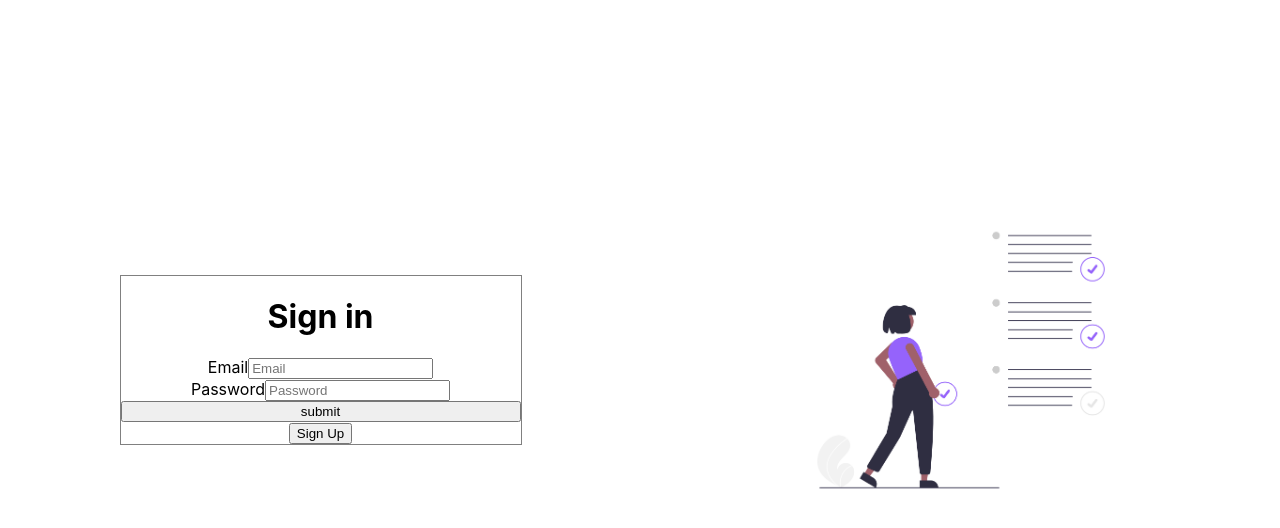
Repository: EEOOOO/wanted-pre-onboarding-fe
Page: / (app in to-do-list-app/)
An editor plug-in stored every save of this project. The page is shown before and after the next save, followed by the edit.
The browser window is 1280 px wide. The pictures show the whole page.
The project was rebuilt for these pictures with package versions that can differ from the ones it lists, and the page was loaded fresh each time. Also part of the build but not shown: to-do-list-app/src/components/sign_in/sign_in.module.css, to-do-list-app/src/components/sign_up/sign_up.module.css, to-do-list-app/src/components/sign_up/sign_up.jsx, to-do-list-app/src/components/todoList/todo_list.jsx.

Above is the page before, as saved 2022-08-22 00:00:44.

### to-do-list-app/public/index.html
<!DOCTYPE html>
<html lang="en">
  <head>
    <meta charset="utf-8" />
    <link rel="icon" href="%PUBLIC_URL%/logo.png" />
    <meta name="viewport" content="width=device-width, initial-scale=1" />
    <meta name="theme-color" content="#000000" />
    <meta
      name="description"
      content="Web site created using create-react-app"
    />
    <link rel="apple-touch-icon" href="%PUBLIC_URL%/logo.png" />
    <link rel="manifest" href="%PUBLIC_URL%/manifest.json" />
    <title>Todo List App</title>
  </head>
  <body>
    <div id="root"></div>
  </body>
</html>

### to-do-list-app/src/App.js
import style from './app.module.css';
import { Routes, Route } from 'react-router-dom'
import Login from './components/login/login';
import TodoList from './components/todoList/todo_list';

function App() {
  return <div className={style.App}>
    <Routes>
      <Route path="/" element={<Login/>}></Route>
      <Route path="todo" element={<TodoList/>}></Route>
    </Routes>
  </div>
}

export default App;

### to-do-list-app/src/components/login/login.jsx
import React, { useState } from 'react';
import SignIn from '../sign_in/sign_in';
import SignUp from '../sign_up/sign_up';
import style from '../login/login.module.css';
import loginImage from '../login/login_img.png';

const Login = (props) => {
    const goTosignUp = () => {
        setViewableScreen(<SignUp/>)
    }
    const signIn = <SignIn goToSignUp={goTosignUp}/>
    let [viewableScreen, setViewableScreen] = useState(signIn);
    return (
        <div className={style.login}>
            <div className={style.inputContainer}>{viewableScreen}</div>
            <img src={loginImage} className={style.coverImage}/>
        </div>
    )
}

export default Login;

### to-do-list-app/src/components/sign_in/sign_in.jsx
import React from 'react';
import LoginInputForm from '../login_input_form/login_input_form';
import style from '../sign_in/sign_in.module.css'

const SignIn = ({goToSignUp}) => {
    const handleSignInSubmit = (event) => {
        //event.preventDefault();
        console.log(event);
    }
    return(
        <div className={style.signIn}>
            <h1>Sign in</h1>
            <LoginInputForm handleSubmit={handleSignInSubmit}/>
            <button className={style.signUp} onClick={goToSignUp}>Sign Up</button>
        </div>
    )
}

export default SignIn;

### to-do-list-app/src/components/login/login.module.css
.login {
  display: flex;
  height: 100vh;
  justify-content: space-around;
  align-items: center;
}
.inputContainer {
  width: 50%;
  border: 1px solid gray;
  min-width: 235px;
  max-width: 400px;
}
.coverImage {
  width: 50%;
  min-width: 235px;
  max-width: 400px;
}

### to-do-list-app/src/components/login_input_form/login_input_form.jsx
import React from 'react';
import style from '../login_input_form/login_input_form.module.css';
const LoginInputForm = ({handleSubmit}) => {
    return (
    <form className={style.inputForm} onSubmit={handleSubmit}>
        <div className={style.email}>
            <label className={style.titleEmail}>Email
                <input
                type="text"
                className={style.inputEmail}
                placeholder='Email'></input>
            </label>
        </div>
        <div className={style.password}>
            <label className={style.titlePassword}>Password
                <input
                type="text"
                className={style.inputPassWord}
                placeholder='Password'></input>
            </label>
        </div>
        <button type="submit" className={style.submitButton}>submit</button>
    </form>
    );
};

export default LoginInputForm;

### to-do-list-app/src/components/login_input_form/login_input_form.module.css
.inputForm {
  display: flex;
  flex-direction: column;
}

Loaded but not shown: to-do-list-app/src/index.js (common file); to-do-list-app/src/index.css (common file); to-do-list-app/src/reportWebVitals.js (common file); to-do-list-app/src/app.module.css (common file); to-do-list-app/src/components/sign_in/sign_in.module.css (no copy from this time; the picture is the same without it)

After the next save:
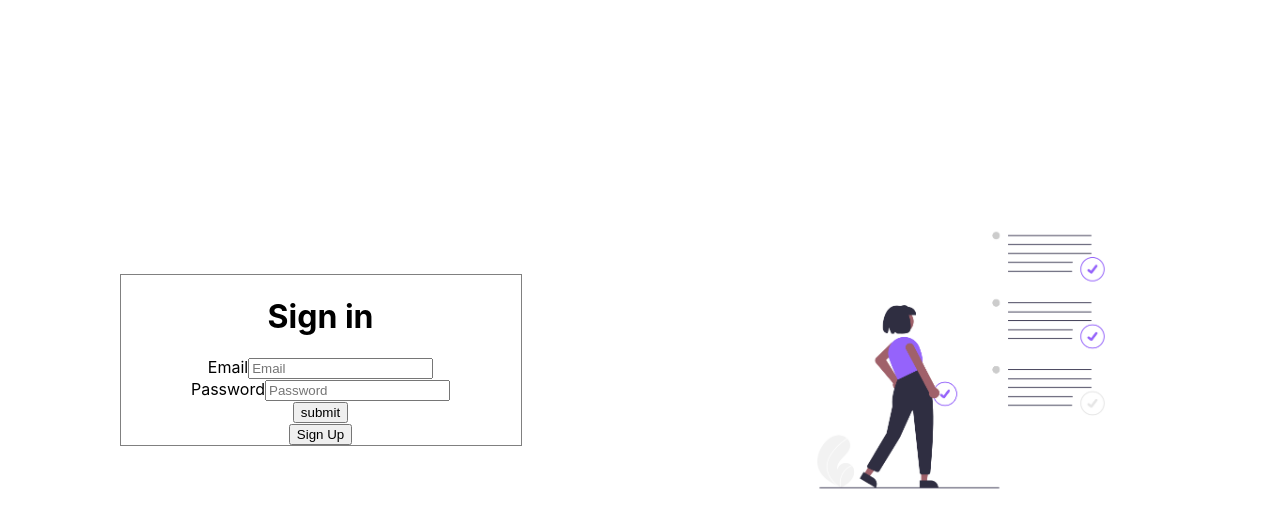
Saved 9 s later.
--- a/to-do-list-app/src/components/login_input_form/login_input_form.module.css
+++ b/to-do-list-app/src/components/login_input_form/login_input_form.module.css
@@ -1,4 +1,4 @@
 .inputForm {
-  display: flex;
-  flex-direction: column;
+  //display: flex;
+  //flex-direction: column;
 }
